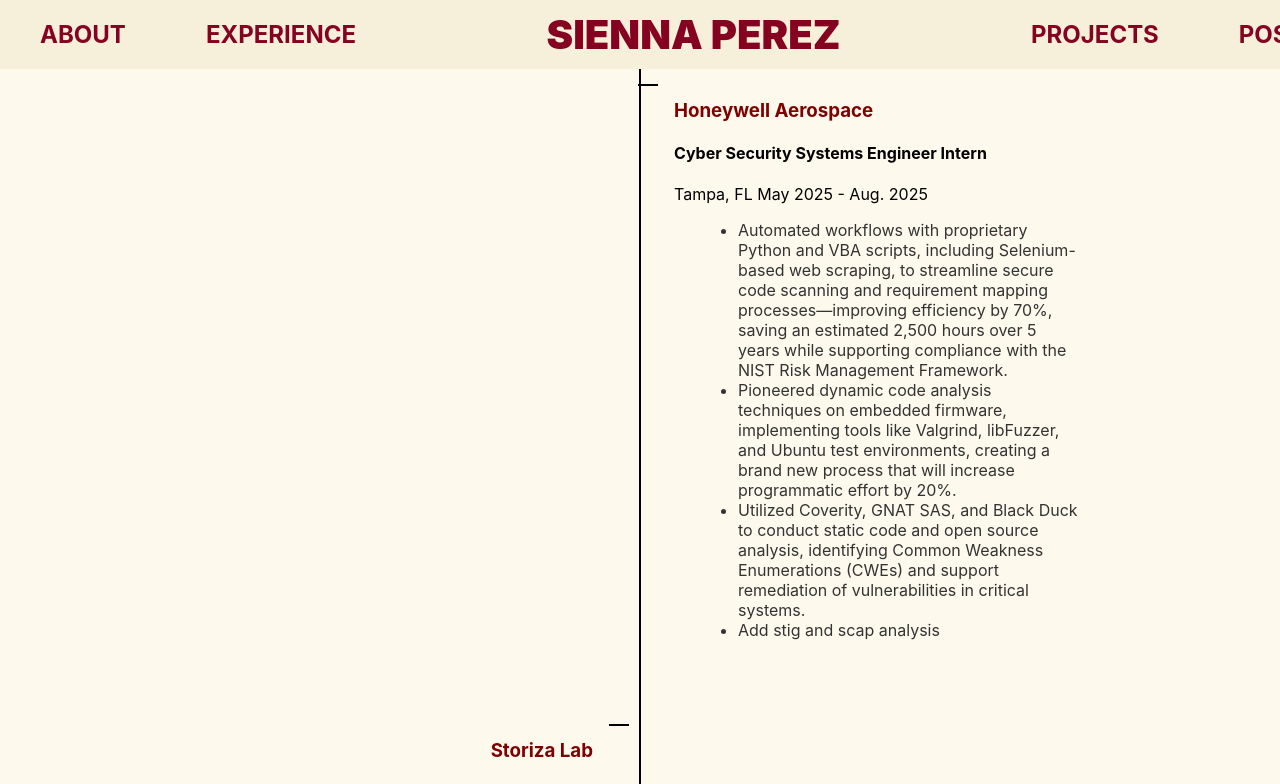
Repository: siennaperez/siennaperezweb
Page: /experience
The author's editor kept a copy of each file at every save. The page is drawn from the files as they stood at one save, then again after the next save.
The browser window is 1280 px wide. The pictures show the whole page.
An inner scrolling area shows only its first screen. The project was rebuilt for these pictures with package versions that can differ from the ones it lists, and the page was loaded fresh each time. Also part of the build but not shown: src/App.css, src/pages/About.css, src/pages/About.js, src/pages/Home.js.

Above is the page before, as saved 2025-09-21 15:20:37.

### src/App.js
import './App.css';
import ReactDOM from "react-dom/client";
import { BrowserRouter, Routes, Route, Link } from "react-router-dom";
import Navbar from "./components/Navbar";
import Home from "./pages/Home";
import About from "./pages/About";
import Experience from "./pages/Experience";


function App() {
  return (
    <BrowserRouter>
      <Navbar />
      <Routes>
        <Route path="/" element={<Home />} />
        <Route path="/about" element={<About />} />
        <Route path="/experience" element={<Experience />} />

      </Routes>
    </BrowserRouter>
  );
}

export default App;

const root = ReactDOM.createRoot(document.getElementById('root'));
root.render(<App />);

### src/components/Navbar.js
import "./Navbar.css";

import { Link } from 'react-router-dom';

const Navbar = () => {
  return (
    <nav className= "navbar">
      <ul className="nav-list">
        <div class="nav-left">
      <li class="nav-item"><a href="/about">ABOUT</a></li>
      <li class="nav-item"><a href="/experience">EXPERIENCE</a></li>
    </div>

    <div class="nav-center">
      <li class="nav-item"><a href="/">SIENNA PEREZ</a></li>
    </div>

    <div class="nav-right">
      <li class="nav-item"><a href="/projects">PROJECTS</a></li>
      <li class="nav-item"><a href="/posts">POSTS</a></li>
    </div>
      </ul>

    </nav>
  );
}

export default Navbar;

### src/pages/Experience.js
import "./Experience.css";


function Experience() {
return (
    <div className="experience-container">
      <div className="timeline">
        {/* Honeywell */}
        <div className="timeline-item right">
          <h3>Honeywell Aerospace</h3>
          <h4>Cyber Security Systems Engineer Intern</h4>
            Tampa, FL
            May 2025 - Aug. 2025


          <ul>
            <li>Automated workflows with proprietary Python and VBA scripts, including Selenium-based web scraping, to streamline secure code scanning and requirement mapping processes—improving efficiency by 70%, saving an estimated 2,500 hours over 5 years while supporting compliance with the NIST Risk Management Framework.</li>
            <li>Pioneered dynamic code analysis techniques on embedded firmware, implementing tools like Valgrind, libFuzzer, and Ubuntu test environments, creating a brand new process that will increase programmatic effort by 20%.</li>
            <li>Utilized Coverity, GNAT SAS, and Black Duck to conduct static code and open source analysis, identifying Common Weakness Enumerations (CWEs) and support remediation of vulnerabilities in critical systems.</li>
            <li>Add stig and scap analysis</li>
          </ul>
        </div>

        {/* Storiza Lab */}
        <div className="timeline-item left">
          <h3>Storiza Lab</h3>
          <ul>
            <li>description here</li>
            <li>more text</li>
          </ul>
        </div>

        {/* Data Job */}
        <div className="timeline-item right">
          <h3>Data Job?</h3>
          <ul>
            <li>description here</li>
            <li>more text</li>
          </ul>
        </div>

        {/* WiCSE */}
        <div className="timeline-item left">
          <h3>WiCSE</h3>
          <ul>
            <li>description here</li>
            <li>more text</li>
          </ul>
        </div>

        {/* WECE */}
        <div className="timeline-item right">
          <h3>WECE</h3>
          <ul>
            <li>description here</li>
            <li>more text</li>
          </ul>
        </div>
      </div>
    </div>
  );
}
  export default Experience;

### src/components/Navbar.css
.navbar {
  background-color: #F6F0DA;
  padding: 10px 40px;
  position: fixed;
  width: 100%;
  top: 0;
  z-index: 100;
}

.nav-list {
  display: flex;
  justify-content: space-between;
  align-items: center;
  list-style: none;
  margin: 0;
  padding: 0;
  font-weight: bold;
  font-size: 24px;
  color: #850221;
}

.nav-left,
.nav-right {
  display: flex;
  gap: 80px;
}

.nav-center {
  font-size: 40px;
  font-weight: 900;
}

.nav-item a {
  text-decoration: none;
  color: #850221;
}

### src/pages/Experience.css
.experience-container {
  background-color: #fdf9ed; /* light beige like mockup */
  padding: 2rem;
  height: 100vh;
  overflow-y: scroll; /* makes it scroll */
}

.timeline {
  position: relative;
  margin: 0 auto;
  width: 80%;
  max-width: 900px;
}

.timeline::before {
  content: "";
  position: absolute;
  top: 0;
  bottom: 0;
  left: 50%;
  width: 2px;
  background: #000;
  transform: translateX(-50%);
}

/* Each timeline item */
.timeline-item {
  width: 45%;
  padding: 1rem;
  position: relative;
  margin: 2rem 0;
}

.timeline-item h3 {
  color: #800000; /* deep red like mockup */
  font-weight: bold;
}

.timeline-item ul {
  list-style-type: disc;
  margin-left: 1.5rem;
  color: #333;
}

/* Positioning left & right */
.timeline-item.left {
  text-align: right;
  left: -2%;
}

.timeline-item.right {
  text-align: left;
  left: 52%;
}

/* Add connector line */
.timeline-item.left::before,
.timeline-item.right::before {
  content: "";
  position: absolute;
  top: 20px;
  width: 20px;
  height: 2px;
  background: #000;
}

.timeline-item.left::before {
  right: -20px;
}

.timeline-item.right::before {
  left: -20px;
}

Loaded but not shown: public/index.html (common file); src/index.js (common file); src/index.css (common file); src/reportWebVitals.js (common file)

After the next save:
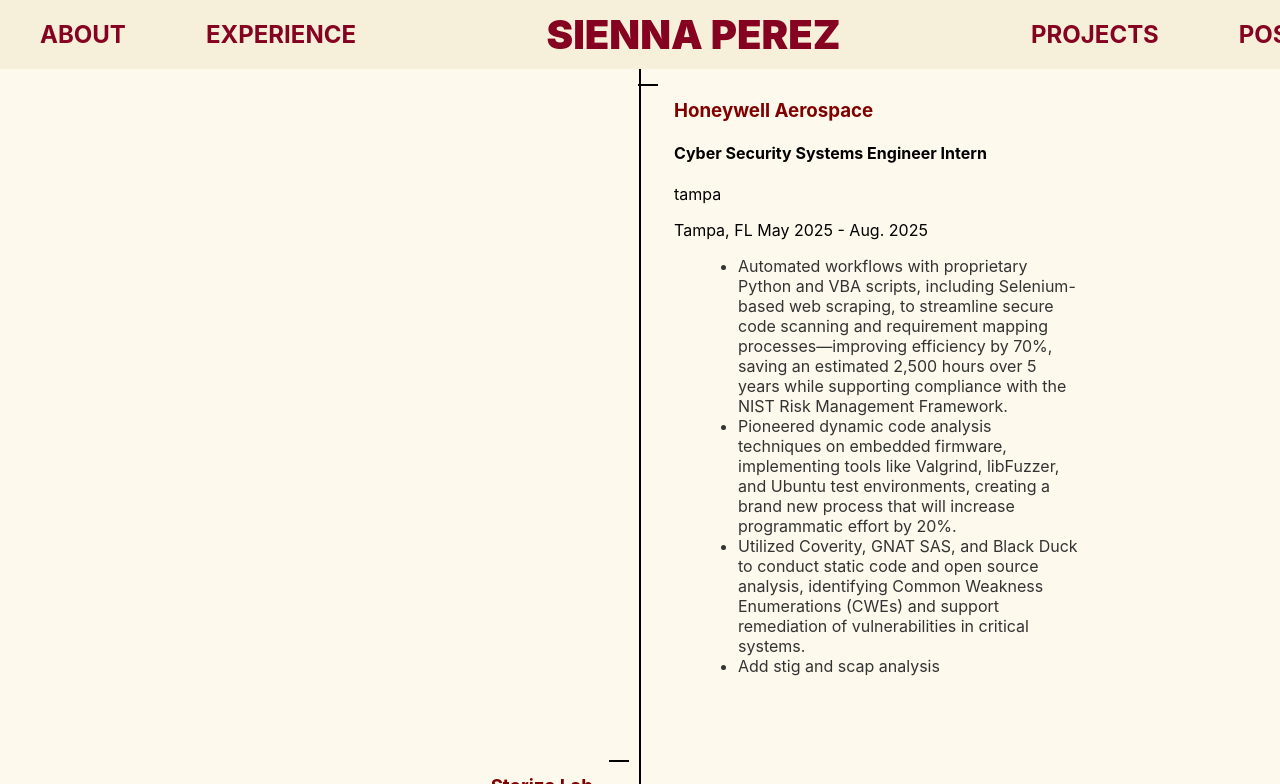
Saved 17 s later.
--- a/src/pages/Experience.js
+++ b/src/pages/Experience.js
@@ -9,7 +9,7 @@
         <div className="timeline-item right">
           <h3>Honeywell Aerospace</h3>
           <h4>Cyber Security Systems Engineer Intern</h4>
-            Tampa, FL
+            <p>tampa</p>Tampa, FL
             May 2025 - Aug. 2025
 
 
